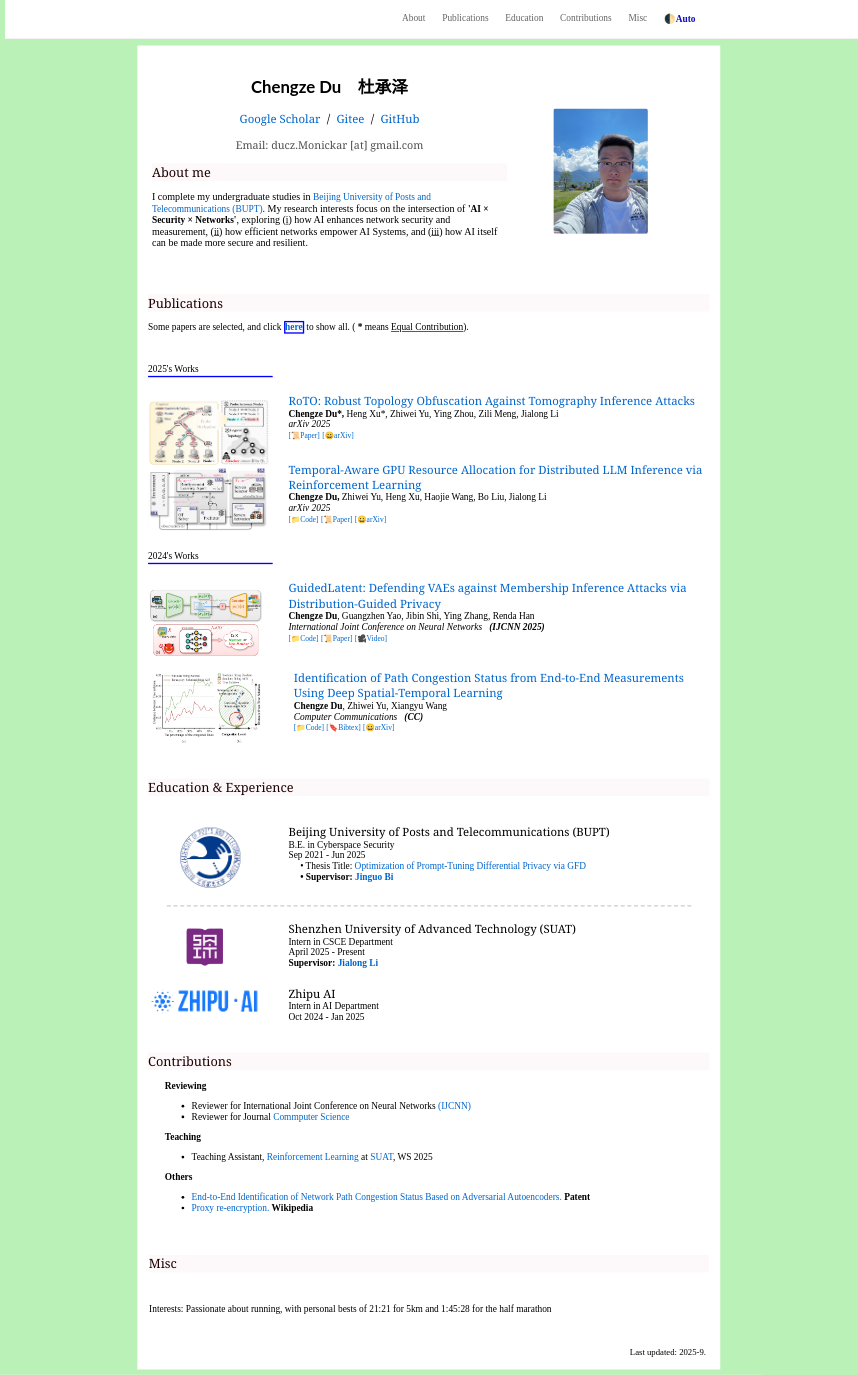
Repository: Monickar/Monickar.github.io
Page: index.html
These files come from the project's save history. The page is drawn as it stood at one moment and after the next save; the edit follows.
The browser window is 1280 px wide. The pictures show the whole page, at 67% of full size.

Above is the page before, as saved 2025-10-28 19:01:36.

### index.html
<!DOCTYPE HTML>
<html lang="en">
  <head>
    <meta http-equiv="Content-Type" content="text/html; charset=UTF-8">

    <title>Chengze's Homepage</title>

    <meta name="author" content="Chengze Du">
    <meta name="viewport" content="width=550px, initial-scale=1.0">
    <link rel="shortcut icon" href="./images/IMG_1936.JPG" type="image/x-icon" style="border-radius: 50%;"> <!-- 添加favicon 圆形-->
    <link rel="stylesheet" type="text/css" href="styles.css">
    <style>

      /* * {
        font-family: Cambria, Georgia, serif;

      } */
      * {
        font-size: 14px;

      }


    </style>
  </head>


  <body class="bodycolor">
    <!-- 导航栏 -->
    <nav class="navbar" >
      <div class="nav-container">
        <a href="#" class="nav-brand"> </a>
        <div class="nav-links">
          <a href="#about">About</a>
          <a href="#pub">Publications</a>
          <a href="#education">Education</a>
          <a href="#contributions">Contributions</a>
          <a href="#misc">Misc</a>
          <a id="darkToggle" style="color: rgb(12, 12, 193); font-weight: bolder;">Mode🌓</a>

        </div>
      </div>
    </nav>

    <!-- 原有内容开始 -->
    <table id="about" style="width:100%; background:#FFFFFF; max-width:870px;border:0px;border-spacing:0px;border-collapse:separate;margin-right:auto;margin-left:auto;"><tbody>
      <tr style="padding:0px">
        <td style="padding:0px">
          <table style="width:100%;border:0px;border-spacing:0px;border-collapse:separate;margin-right:auto;margin-left:auto;"><tbody>
            <tr style="padding:0px">
              <td style="padding:2.5%;width:60%;vertical-align:middle">

                <p class="name" style="text-align: center; font-size: 25px;">
                  Chengze Du &ensp;  杜承泽
                </p>

                <p style="text-align:center; font-size: 18px; font-family: Georgia">
                  <a href="https://scholar.google.com/citations?hl=zh-CN&user=y4ty-f4AAAAJ" class="papertitle">Google Scholar</a> &nbsp;/&nbsp;
                  <a href="https://gitee.com/monickar" class="papertitle">Gitee</a> &nbsp;/&nbsp;
                  <a href="https://github.com/Monickar" class="papertitle">GitHub</a>
                </p>

                <p style="text-align:center; font-size: 16px; font-family: Cambria; color: rgb(80, 80, 80);">
                Email: ducz.Monickar [at] gmail.com
                </p>
                <h2 class="subtitle">About me</h2>

                <p style="font-size: 15px;"> I complete my undergraduate studies in <a href="https://www.bupt.edu.cn/">Beijing University of Posts and Telecommunications (BUPT)</a>.
                  My research interests focus on the intersection of <strong>'AI <strong>×</strong> Security <strong>×</strong> Networks'</strong>, exploring (<u>i</u>) how AI enhances network security and measurement, (<u>ii</u>) how efficient networks empower AI Systems, and (<u>iii</u>) how AI itself can be made more secure and resilient.

                </p>
              </td>
              <td style="padding:5.5%; width:31%; max-width:37%; padding-top:10%;">
                <a href="https://ccfddl.com/"><img style="width:70%; max-width:70%;object-fit: cover; border-radius: 2%;" alt="profile photo" src="images/chengze.jpg" class="hoverZoomLink"></a>
              </td>
            </tr>
          </tbody></table>


      <table id="pub" style="width:100%;border:0px;border-spacing:0px;border-collapse:separate;margin-right:auto;margin-left:auto;"><tbody>
          <tr>
          <td style="padding:16px;width:100%;vertical-align:middle">
            <h2 class="subtitle">Publications</h2>
            <p>
             Some papers are selected, and click <strong><a href="FullPaperList.html" class="text-with-border">here</a></strong> to show all.
              ( <strong>*</strong> means <u>Equal Contribution</u>).
            </p>
             <!-- Some works are <span class="highlight">highlighted</span>.  -->
          </td>
        </tr>
      </tbody></table>
      <table style="width:100%;border:0px;border-spacing:0px;border-collapse:separate;margin-right:auto;margin-left:auto;"><tbody>


      <!-- 2025 分隔符 -->
      <td style="padding:16px; width:25%; vertical-align:middle; margin-top: 2px;">
        <span class="year">2025's Works</span>
        <div style="height: 2px; background-color: blue; margin-top: 2px;"></div>
      </td>

      <tr >
        <td style="padding:16px;width:25%;vertical-align:top">
          <div class="one">
            <img src="images/RoTO-1.png" class="top" alt="SecureNT alternate" width="180" height="100">
            <img src="images/RoTO-2.png" class="bottom" alt="SecureNT" style="width:180px; height:65px;">
          </div>
        </td>
        <td style="padding:8px;width:80%; vertical-align:top">
          <a href="https://arxiv.org/abs/2508.12852">
        <span class="papertitle">RoTO: Robust Topology Obfuscation Against Tomography Inference Attacks</span>
          </a>
          <br>
          <strong>Chengze Du*,</strong>
          Heng Xu*,
          Zhiwei Yu,
          Ying Zhou,
          Zili Meng,
          Jialong Li

          <br>
          <em>arXiv  2025</em>
          <br>
          <!-- <a href="" style="font-size: 0.8em;">[📁Code]</a> -->
          <a href="https://arxiv.org/pdf/2508.12852" style="font-size: 0.8em;">[📜Paper]</a>
          <a href="https://arxiv.org/abs/2508.12852" style="font-size: 0.8em;">[😀arXiv]</a>
          <p></p>
        </td>
      </tr>



      <tr >
        <td style="padding:16px;width:20%;vertical-align:top">
          <div class="one">
            <img src="images/gpu_infer_component.png" class="top" alt="SecureNT alternate" width="180" height="100">
            <img src="images/tcc_intro.png" class="bottom" alt="SecureNT" style="width:180px; height:90px;">
          </div>
        </td>
        <td style="padding:8px;width:80%; vertical-align:middle">
          <a href="https://arxiv.org/abs/2507.10259">
        <span class="papertitle">Temporal-Aware GPU Resource Allocation for Distributed LLM Inference via Reinforcement Learning</span>
          </a>
          <br>
          <strong>Chengze Du,</strong>
          Zhiwei Yu,
          Heng Xu,
          Haojie Wang,
          Bo Liu,
          Jialong Li

          <br>
          <em>arXiv  2025</em>
          <br>
          <a href="https://gitee.com/Monickar/OT4GpuInference" style="font-size: 0.8em;">[📁Code]</a>
          <a href="https://arxiv.org/pdf/2507.10259" style="font-size: 0.8em;">[📜Paper]</a>
          <a href="https://arxiv.org/abs/2507.10259" style="font-size: 0.8em;">[😀arXiv]</a>
          <p></p>

        </td>
      </tr>


      <!-- 2024 分隔符 -->
      <td style="padding:16px; width:20%; vertical-align:middle; margin-top: 2px;">
        <span class="year">2024's Works</span>
        <div style="height: 2px; background-color: blue; margin-top: 2px;"></div>
      </td>

      <tr >
        <td style="padding:16px;width:20%;vertical-align:top">
          <div class="one">
            <img src="images/anti-vae.png" class="top" alt="SecureNT alternate" width="170" height="110">
            <img src="images/vae-anti-mia.png" class="bottom" alt="SecureNT" style="width:170px; height:85px;">
          </div>
        </td>
        <td style="padding:8px;width:80%; vertical-align:top">
          <a href="">
        <span class="papertitle">GuidedLatent: Defending VAEs against Membership Inference Attacks via Distribution-Guided Privacy
          </a>
          <br>
          <strong>Chengze Du</strong>,
                  Guangzhen Yao,
                  Jibin Shi,
                  Ying Zhang,
                  Renda Han
          <br>
          <em>International Joint Conference on Neural Networks <strong>&nbsp (IJCNN 2025)</strong></em>
          <br>
          <a href="https://anonymous.4open.science/r/VAE-Anti-MIA-DB1A/README.md" style="font-size: 0.8em;">[📁Code]</a>
          <a href="./files/IJCNN_2025.pdf" style="font-size: 0.8em;">[📜Paper]</a>
          <!-- <a href="./files/" style="font-size: 0.8em;">[😀arXiv]</a> -->
          <a href="https://vimeo.com/1095995168" style="font-size: 0.8em;">[🎥Video]</a>
          <!-- <a href="https://arxiv.org/abs/2412.10762" style="font-size: 0.8em;">[📄Poster]</a> -->
          <br>
          <br>
        </td>
      </tr>




    <tr>
      <td style="padding:16px;width:20%;vertical-align:top">
          <div class="one">
            <img src="images/CC_1.png" class="top" alt="SecureNT alternate" width="170" height="110">
            <img src="images/AAE-LSTM.png" class="bottom" alt="SecureNT" style="width:170px; height:110px;">
          </div>
      </td>
      <td style="padding:16px;width:70%;vertical-align:top">
        <a href="https://www.sciencedirect.com/science/article/pii/S0140366425001513">
          <span class="papertitle">Identification of Path Congestion Status from End-to-End Measurements Using Deep Spatial-Temporal Learning</span>
        </a>
        <br>
        <strong>Chengze Du</strong>,
        Zhiwei Yu, Xiangyu Wang
        <br>
        <em>Computer Communications  &nbsp <strong>(CC)</strong> </em>
        <br>
        <a href="https://github.com/Monickar/ACS" style="font-size: 0.8em;">[📁Code]</a>
        <a href="./Bibtex/CC_NT_2025.txt" style="font-size: 0.8em;">[🔖Bibtex]</a>
        <a href="https://arxiv.org/abs/2412.10762" style="font-size: 0.8em;">[😀arXiv]</a>
      </td>
    </tr>

          </tbody></table>

          <table style="width:100%;border:0px;border-spacing:0px;border-collapse:separate;margin-right:auto;margin-left:auto;"><tbody>
            <tr>
            <td style="padding:16px;width:100%;vertical-align:middle">
              <h2 class="subtitle">Education & Experience</h2>
            </td>
          </tr>
        </tbody></table>

        <!-- 教育经历 -->
        <table id="education" style="width:100%;border:0px;border-spacing:0px;border-collapse:separate;margin-right:auto;margin-left:auto;"><tbody>

          <tr>
            <td style="padding:16px;width:25%;vertical-align:middle"> <!-- 图片设置为居中 -->
              <img src="images/bupt-logo-1.png" alt="BUPT" width="90" style="display: block; margin: 0 auto;">
            </td>
            <td style="padding:8px;width:75%;vertical-align:middle">
              <span class="papertitle">Beijing University of Posts and Telecommunications (BUPT)</span>
              <br>
              B.E. in Cyberspace Security
              <br>
              Sep 2021 - Jun 2025
              <br>
                &emsp; • Thesis Title:
                 <color="#1772D0"> <a href="https://gitee.com/Monickar/Bachelor_Thesis" >  Optimization of Prompt-Tuning Differential Privacy via GFD</a> </font>
              <br>
              <strong>
                &emsp; • Supervisor: <a href="https://scss.bupt.edu.cn/info/1063/3984.htm">Jinguo Bi</a>
              </strong>
              <p></p>
            </td>

          </tr>

          <!-- 添加虚线分隔符 -->
          <tr>
            <td colspan="2" style="padding: 10px 0">
              <div style="border-top: 2px dashed #ccc; width: 90%; margin: 0 auto;"></div>
            </td>
          </tr>

          <tr>
            <td style="padding:16px 16px 8px 16px;width:20%;vertical-align:middle">
              <img src="images/suat-logo.png" alt="Internship" width="170">
            </td>
            <td style="padding:4px 8px 4px 8px;width:80%;vertical-align:middle">
              <span class="papertitle">Shenzhen University of Advanced Technology (SUAT) </span>
              <br>
              Intern in CSCE Department
              <br>
              April 2025 - Present
              <br>
              <strong>Supervisor: <a href="https://franklee94.github.io/index.html">Jialong Li</a></strong>
            </td>
          </tr>

          <tr>
            <td style="padding:16px;width:20%;vertical-align:middle">
              <img src="images/Zhipu_AI.png" alt="Internship" width="170">
            </td>
            <td style="padding:8px;width:80%;vertical-align:middle">
              <span class="papertitle"> Zhipu AI</span>
              <br>
              Intern in AI Department
              <br>
              Oct 2024 - Jan 2025
          </tr>

        </tbody></table>

 <!-- 专利 -->

 <table id="contributions" style="width:100%;border:0px;border-spacing:0px;border-collapse:separate;margin-right:auto;margin-left:auto;"><tbody>
  <tr>
    <td style="padding:16px; width:100%; vertical-align:middle">
      <h2 class="subtitle">Contributions</h2>

      <div style="padding-left: 25px;">
        <h3>Reviewing</h3>
        <ul>
          <li>Reviewer for International Joint Conference on Neural Networks <a href="https://ijcnn2024.org/">(IJCNN) </a>  </li>
          <li>Reviewer for Journal <a href="https://www.jsjkx.com/EN/1002-137X/home.shtml"> Commputer Science </a>  </li>
        </ul>
      </div>

      <div style="padding-left: 25px;">
        <h3>Teaching</h3>
        <ul>
          <li>Teaching Assistant,<a href=""> Reinforcement Learning </a> at <a href="https://suat-sz.edu.cn/en/">SUAT</a>, WS 2025</li>

        </ul>
      </div>


      <div style="padding-left: 25px;">

        <h3>  Others</h3>
      <ul>
        <li> <a href="https://patentimages.storage.googleapis.com/00/00/00/0000000000000000000000000000000000000000000000000000000000000000.pdf"> End-to-End Identification of Network Path Congestion Status
          Based on Adversarial Autoencoders.</a> <strong>Patent</strong></li>
        <li><a href="https://zh.wikipedia.org/wiki/%E4%BB%A3%E7%90%86%E9%87%8D%E5%8A%A0%E5%AF%86">Proxy re-encryption.</a> <strong>Wikipedia</strong></li>
      </ul>
      </div>






    </td>
  </tr>
</tbody></table>



		<table style="width:100%; margin:0 auto; border:0; border-spacing:0; padding:16px;"><tbody>
            <tr>
              <td>
                <h2 class="subtitle">Misc</h2>
              </td>
            </tr>
          </tbody></table>
          <table id="misc" style="width:100%;border:0px;border-spacing:0px;border-collapse:separate;margin-right:auto;margin-left:auto;"><tbody>

        <!-- 其他内容 : Interests: Passionate about running, with personal bests of 21:21 for 5km and 1:45:28 for the half marathon-->
        <p>&emsp; Interests: Passionate about running, with personal bests of 21:21 for 5km and 1:45:28 for the half marathon</p>

          </tbody></table>
          <table style="width:100%; border:5px;border-spacing:0px;border-collapse:separate;margin-right:auto;margin-left:auto;"><tbody>
            <tr>
              <td style="padding:5px">
                <br>
                <p style="text-align:right;font-size:small;">
                  Last updated: 2025-9. &emsp;
                </p>
              </td>
            </tr>
          </tbody></table>


        </td>
      </tr>
    </table>

    <script>
    const btn = document.getElementById('darkToggle');
    const mode = localStorage.getItem('mode') || 'auto'; // 'auto', 'dark', 'light'

    function isDarkTime() {
      const hour = new Date().getHours();
      return hour >= 18 || hour < 6; // 20:00-6:00: dark time
    }

    function applyTheme() {
      const shouldBeDark = mode === 'dark' || (mode === 'auto' && isDarkTime());
      document.body.classList.toggle('dark', shouldBeDark);


      if (mode === 'auto') {
        btn.textContent = '🌓Auto';
        btn.title = 'Turn Dark';
      } else {
        btn.textContent = shouldBeDark ? '🌓Dark' : '🌓Light';
        btn.title = shouldBeDark ? 'Turn Light' : 'Turn Auto';
      }
    }

    btn.onclick = () => {
      const modes = ['light', 'auto', 'dark'];
      const idx = modes.indexOf(mode);
      const newMode = modes[(idx + 1) % 3];
      localStorage.setItem('mode', newMode);
      location.reload(); // 简单刷新应用新模式
    };

    applyTheme();
    // 每分钟检查一次时间（仅在自动模式下有用）
    if (mode === 'auto') setInterval(applyTheme, 1000000);
    </script>


  </body>
</html>

### styles.css
.name {
  padding-top: 20px;
  margin: 0;
  font-family: 'Lato', Cambria, Georgia, serif;
  font-size: 10px;
  font-weight: bold;
}

.papertitle {
  font-family: Cambria, Georgia, Helvetica, sans-serif;
  font-size: 17px;
  font-weight: 550;
}

.subtitle {
  font-family:  Georgia, Helvetica, sans-serif;
  font-size: 19px;
  font-weight: 550;
  color: #1e0202;
  background-color: rgb(253, 248, 249)
}

.bodycolor {
  background-color: #b9f1b6;
}

a {
    color: #0066cc; /* 设置链接颜色为蓝色 */
    text-decoration: none;
}

a:focus,

a:hover {
    text-decoration: underline;
    color: #f09228;
}

.text-with-border {
border: 2px solid blue; /* 边框宽度为 2px，样式为实线，颜色为蓝色 */
}
/* 导航栏样式 */
.navbar {
  background-color: #ffffff;
  padding: 15px 0;
  border-bottom: 1px solid #eee;
  position: fixed;
  top: 0;
  width: 100%;
  z-index: 1000;
}

.nav-container {
  max-width: 800px;
  margin: 0 auto;
  display: flex;
  justify-content: space-between;
  align-items: center;
}

.nav-brand {
  font-size: 1.5em;
  font-weight: bold;
  color: #333;
  text-decoration: none;
}

.nav-links {
  display: flex;
  gap: 20px;
}

.nav-links a {
  color: #666;
  text-decoration: none;
  padding: 5px 10px;
  transition: color 0.3s ease;
}

.nav-links a:hover {
  color: #1772D0;
}

/* 为了防止内容被导航栏遮挡 */
body {
  padding-top: 60px;
}

/* 修改图片切换相关的样式 */
.one {
  position: relative;
  display: inline-block;
}

.one img {
  position: absolute;
  left: 0;
  top: 0;
  transition: opacity 0.2s ease-in-out;
}

.one img.bottom {
  z-index: 1;
  position: relative;
}

.one img.top {
  z-index: 2;
}

.one:hover img.top {
  opacity: 0;
}

.hidden-link {
  color: inherit;
  text-decoration: none;
  cursor: default;
}

.hidden-link:hover {
  color: inherit;
  text-decoration: none;
}

body {
  font-size: 15px; /* 默认大小，可修改为所需值 */
}

body.dark {
  background: #1a1a1a !important;
  color: #e0e0e0 !important;
}

body.dark .navbar,
body.dark table {
  background: #2d2d2d !important;
}

body.dark a {
  color: #66b3ff !important;
}

body.dark .nav-links a {
  color: #b0b0b0 !important;
}

body.dark .nav-links a:hover {
  color: #66b3ff !important;
}

body.dark .papertitle {
  color: #66b3ff !important;
}

body.dark .year {
  color: #66b3ff !important;
}


.navbar {
  width: 100%; /* 占满屏幕宽度 */
}
.nav-container {
  display: flex;
  justify-content: space-between; /* 内容左右分布 */
  align-items: center;

}

.nav-links {
  display: flex;
  gap: 5px; /* 链接间添加间隔 */
}

After the next save:
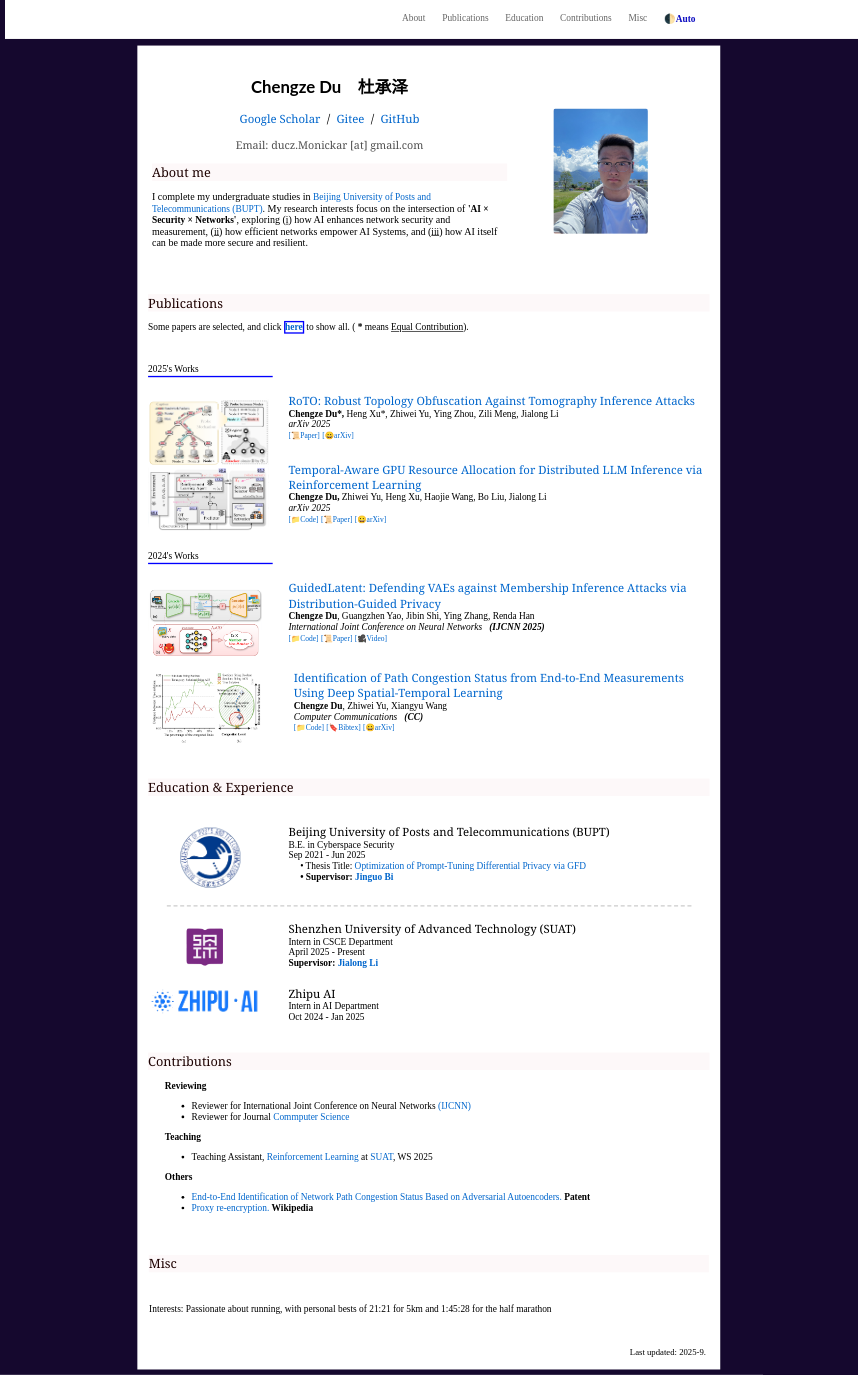
Saved 10 s later.
--- a/styles.css
+++ b/styles.css
@@ -21,7 +21,7 @@
 }
 
 .bodycolor {
-  background-color: #b9f1b6;
+  background-color: #15082e;
 }
 
 a {
